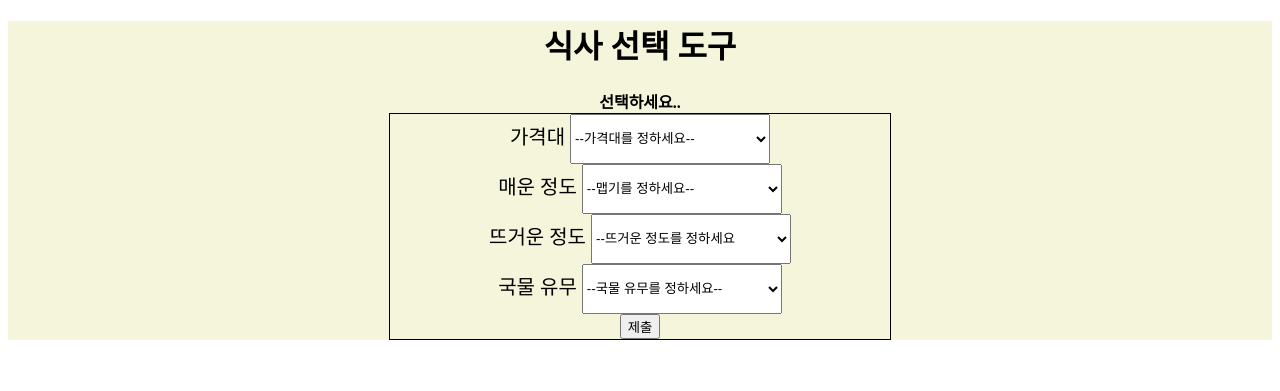
Repository: kimgh06/JavaWeb
Page: http://localhost/what/
These files come from the project's save history. The page is drawn as it stood at one moment and after the next save; the edit follows.
The browser window is 1280 px wide. The pictures show the whole page.
The page is served by Tomcat 9.

Above is the page before, as saved 2022-11-04 00:43:49.

After the next save:
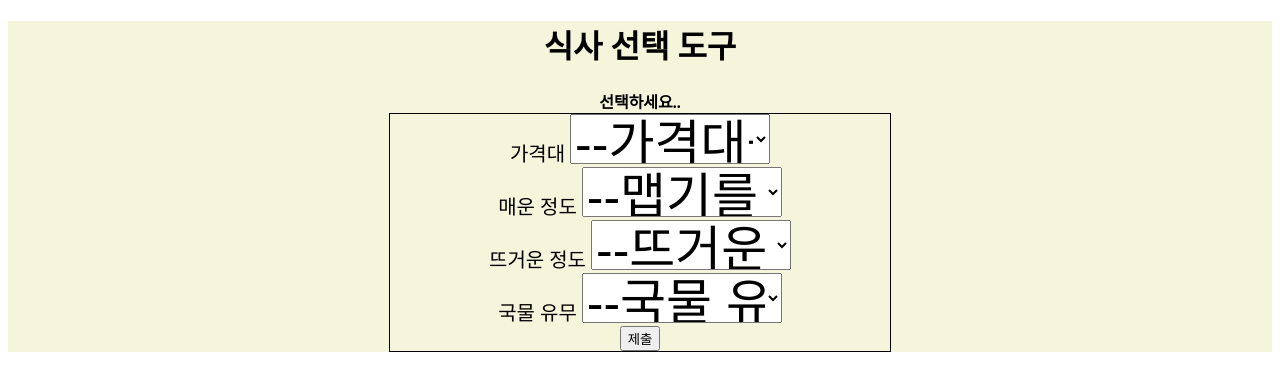
Saved 15 s later.
--- a/what/src/main/webapp/main.css
+++ b/what/src/main/webapp/main.css
@@ -19,4 +19,5 @@
 #form div select{
 	width:200px;
 	height: 50px;
+	font-size: 50px;
 }
